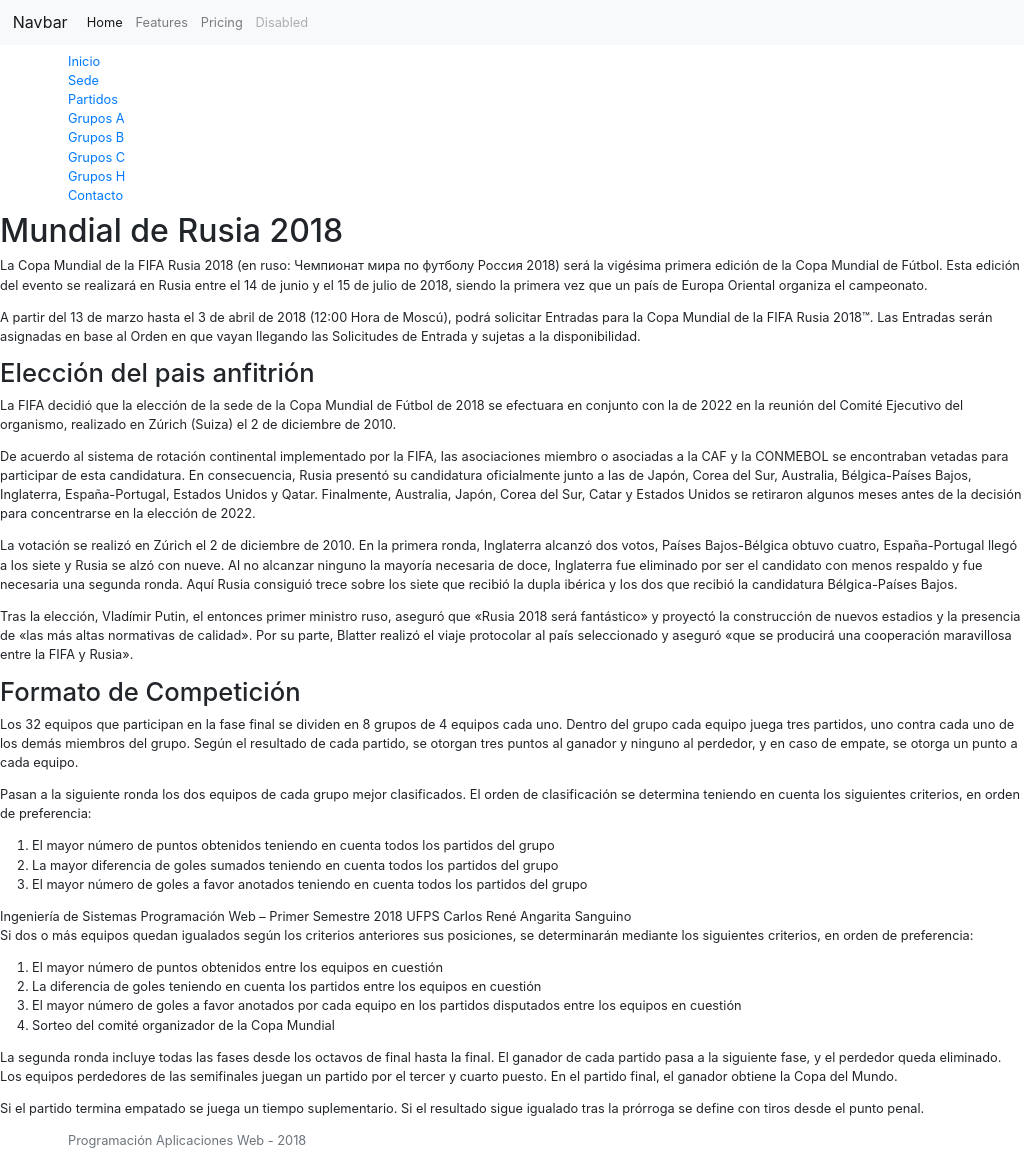
Repository: AndreyRi13/PracticaBootstrap
Page: index.html
An editor plug-in stored every save of this project. The page is shown before and after a run of saves, followed by the edit.
The browser window is 1280 px wide. The pictures show the whole page, at 80% of full size.

Above is the page before, as saved 2020-09-24 16:31:38.
Console error (its wording comes from the project's code and is left out).

### index.html
<!DOCTYPE html>
<html lang="en">
<head>
    <meta charset="UTF-8">
    <meta name="viewport" content="width=device-width, initial-scale=1.0">
    <link rel="stylesheet" href="https://stackpath.bootstrapcdn.com/bootstrap/4.5.2/css/bootstrap.min.css" integrity="sha384-JcKb8q3iqJ61gNV9KGb8thSsNjpSL0n8PARn9HuZOnIxN0hoP+VmmDGMN5t9UJ0Z" crossorigin="anonymous">
   <link rel="stylesheet" href="https://stackpath.bootstrapcdn.com/bootstrap/4.5.2/css/bootstrap.min.css" integrity="sha384-JcKb8q3iqJ61gNV9KGb8thSsNjpSL0n8PARn9HuZOnIxN0hoP+VmmDGMN5t9UJ0Z" crossorigin="anonymous">
   <link rel="stylesheet" href="https://stackpath.bootstrapcdn.com/bootstrap/4.5.2/css/bootstrap.min.css" integrity="sha384-JcKb8q3iqJ61gNV9KGb8thSsNjpSL0n8PARn9HuZOnIxN0hoP+VmmDGMN5t9UJ0Z" crossorigin="anonymous">
   <script src="https://stackpath.bootstrapcdn.com/bootstrap/4.5.2/js/bootstrap.min.js" integrity="sha384-B4gt1jrGC7Jh4AgTPSdUtOBvfO8shuf57BaghqFfPlYxofvL8/KUEfYiJOMMV+rV" crossorigin="anonymous"></script>
   <script src="https://code.jquery.com/jquery-3.5.1.slim.min.js" integrity="sha384-DfXdz2htPH0lsSSs5nCTpuj/zy4C+OGpamoFVy38MVBnE+IbbVYUew+OrCXaRkfj" crossorigin="anonymous"></script>
<script src="https://cdn.jsdelivr.net/npm/popper.js@1.16.1/dist/umd/popper.min.js" integrity="sha384-9/reFTGAW83EW2RDu2S0VKaIzap3H66lZH81PoYlFhbGU+6BZp6G7niu735Sk7lN" crossorigin="anonymous"></script>

<script src="https://ajax.googleapis.com/ajax/libs/jquery/1.12.4/jquery.min.js"></script>
<title>Practica Bootstrap</title>
</head>
<body>

    <nav class="navbar navbar-expand-lg navbar-light bg-light">
        <a class="navbar-brand" href="#">Navbar</a>
        <button class="navbar-toggler" type="button" data-toggle="collapse" data-target="#navbarNav" aria-controls="navbarNav" aria-expanded="false" aria-label="Toggle navigation">
          <span class="navbar-toggler-icon"></span>
        </button>
        <div class="collapse navbar-collapse" id="navbarNav">
          <ul class="navbar-nav">
            <li class="nav-item active">
              <a class="nav-link" href="#">Home <span class="sr-only">(current)</span></a>
            </li>
            <li class="nav-item">
              <a class="nav-link" href="#">Features</a>
            </li>
            <li class="nav-item">
              <a class="nav-link" href="#">Pricing</a>
            </li>
            <li class="nav-item">
              <a class="nav-link disabled" href="#" tabindex="-1" aria-disabled="true">Disabled</a>
            </li>
          </ul>
        </div>
      </nav>

    <nav class="navbar navbar-default">
        <div class="container">
        <div class="navbar-header">
    <ul class="nav navbar-nav">

        <a href="#"></a>

        <li class="activate"><a href="#">Inicio</a></li>
        <li ><a href="#">Sede</a></li>
        <li ><a href="#">Partidos</a></li>
        <li ><a href="#">Grupos A</a></li>
        <li ><a href="#">Grupos B</a></li>
        <li ><a href="#">Grupos C</a></li>
        <li ><a href="#" class="">Grupos H</a>

            <ul class="dropdown-menu">
                <li><a href="#">Polonia</a></li>
                <li><a href="#">Senegal</a></li>
                <li><a href="#">Colombia</a></li>
                <li><a href="#">Japon</a></li>

            </ul>
        </li>

        <li ><a href="#">Contacto</a></li>
        </ul>
    </ul>
        </div>
        </div>
        </nav>
        <script src="https://ajax.googleapis.com/ajax/libs/jquery/1.12.4/jquery.min.js"></script>

        <div class="page-header">
        <h1>Mundial de Rusia 2018</h1>
        </div>

        <div>
        <p>La Copa Mundial de la FIFA Rusia 2018 (en ruso: Чемпионат мира по футболу Россия
        2018) será la vigésima primera edición de la Copa Mundial de Fútbol. Esta edición del evento se
        realizará en Rusia entre el 14 de junio y el 15 de julio de 2018, siendo la primera vez que un país de
        Europa Oriental organiza el campeonato.</p>
        <p>A partir del 13 de marzo hasta el 3 de abril de 2018 (12:00 Hora de Moscú), podrá solicitar
        Entradas para la Copa Mundial de la FIFA Rusia 2018™. Las Entradas serán asignadas en base al
        Orden en que vayan llegando las Solicitudes de Entrada y sujetas a la disponibilidad.</p>
        <h2>Elección del pais anfitrión</h2>
        <p>La FIFA decidió que la elección de la sede de la Copa Mundial de Fútbol de 2018 se
        efectuara en conjunto con la de 2022 en la reunión del Comité Ejecutivo del organismo, realizado en
        Zúrich (Suiza) el 2 de diciembre de 2010.</p>
        <p>De acuerdo al sistema de rotación continental implementado por la FIFA, las asociaciones
        miembro o asociadas a la CAF y la CONMEBOL se encontraban vetadas para participar de esta
        candidatura. En consecuencia, Rusia presentó su candidatura oficialmente junto a las de Japón, Corea
        del Sur, Australia, Bélgica-Países Bajos, Inglaterra, España-Portugal, Estados Unidos y Qatar.
        Finalmente, Australia, Japón, Corea del Sur, Catar y Estados Unidos se retiraron algunos meses antes
        de la decisión para concentrarse en la elección de 2022.</p>
        <p>La votación se realizó en Zúrich el 2 de diciembre de 2010. En la primera ronda, Inglaterra
        alcanzó dos votos, Países Bajos-Bélgica obtuvo cuatro, España-Portugal llegó a los siete y Rusia se
        alzó con nueve. Al no alcanzar ninguno la mayoría necesaria de doce, Inglaterra fue eliminado por ser
        el candidato con menos respaldo y fue necesaria una segunda ronda. Aquí Rusia consiguió trece
        sobre los siete que recibió la dupla ibérica y los dos que recibió la candidatura Bélgica-Países
        Bajos.</p>
        <p>Tras la elección, Vladímir Putin, el entonces primer ministro ruso, aseguró que «Rusia
        2018 será fantástico» y proyectó la construcción de nuevos estadios y la presencia de «las más altas
        normativas de calidad». Por su parte, Blatter realizó el viaje protocolar al país seleccionado y aseguró
        «que se producirá una cooperación maravillosa entre la FIFA y Rusia».</p>
        <h2>Formato de Competición</h2>
        <p>Los 32 equipos que participan en la fase final se dividen en 8 grupos de 4 equipos cada
        uno. Dentro del grupo cada equipo juega tres partidos, uno contra cada uno de los demás miembros
        del grupo. Según el resultado de cada partido, se otorgan tres puntos al ganador y ninguno al
        perdedor, y en caso de empate, se otorga un punto a cada equipo.</p>
        <p>Pasan a la siguiente ronda los dos equipos de cada grupo mejor clasificados. El orden de
        clasificación se determina teniendo en cuenta los siguientes criterios, en orden de preferencia:</p>
        <ol>
        <li>El mayor número de puntos obtenidos teniendo en cuenta todos los partidos del
        grupo</li>
        <li>La mayor diferencia de goles sumados teniendo en cuenta todos los partidos del
        grupo</li>
        <li>El mayor número de goles a favor anotados teniendo en cuenta todos los partidos
        del grupo</li>
        </ol>
        Ingeniería de Sistemas Programación Web – Primer Semestre 2018
        UFPS
        Carlos René Angarita Sanguino
        <p>Si dos o más equipos quedan igualados según los criterios anteriores sus posiciones, se
        determinarán mediante los siguientes criterios, en orden de preferencia:</p>
        <ol>
        <li>El mayor número de puntos obtenidos entre los equipos en cuestión</li>
        <li>La diferencia de goles teniendo en cuenta los partidos entre los equipos en
        cuestión</li>
        <li>El mayor número de goles a favor anotados por cada equipo en los partidos
        disputados entre los equipos en cuestión</li>
        <li>Sorteo del comité organizador de la Copa Mundial</li>
        </ol>
        <p>La segunda ronda incluye todas las fases desde los octavos de final hasta la final. El
        ganador de cada partido pasa a la siguiente fase, y el perdedor queda eliminado. Los equipos
        perdedores de las semifinales juegan un partido por el tercer y cuarto puesto. En el partido final, el
        ganador obtiene la Copa del Mundo.</p>
        <p>Si el partido termina empatado se juega un tiempo suplementario. Si el resultado sigue
        igualado tras la prórroga se define con tiros desde el punto penal.</p>
        </div>
        <footer class="footer">
            <div class="container">
                <p class="text-muted">Programación Aplicaciones Web - 2018</p>
            </div>
        </footer>
        <script src="https://code.jquery.com/jquery-3.5.1.slim.min.js" integrity="sha384-DfXdz2htPH0lsSSs5nCTpuj/zy4C+OGpamoFVy38MVBnE+IbbVYUew+OrCXaRkfj" crossorigin="anonymous"></script>
        <script src="https://cdn.jsdelivr.net/npm/popper.js@1.16.1/dist/umd/popper.min.js" integrity="sha384-9/reFTGAW83EW2RDu2S0VKaIzap3H66lZH81PoYlFhbGU+6BZp6G7niu735Sk7lN" crossorigin="anonymous"></script>
        <script src="https://stackpath.bootstrapcdn.com/bootstrap/4.5.2/js/bootstrap.min.js" integrity="sha384-B4gt1jrGC7Jh4AgTPSdUtOBvfO8shuf57BaghqFfPlYxofvL8/KUEfYiJOMMV+rV" crossorigin="anonymous"></script>

</body>


</html>

After the next 3 saves:
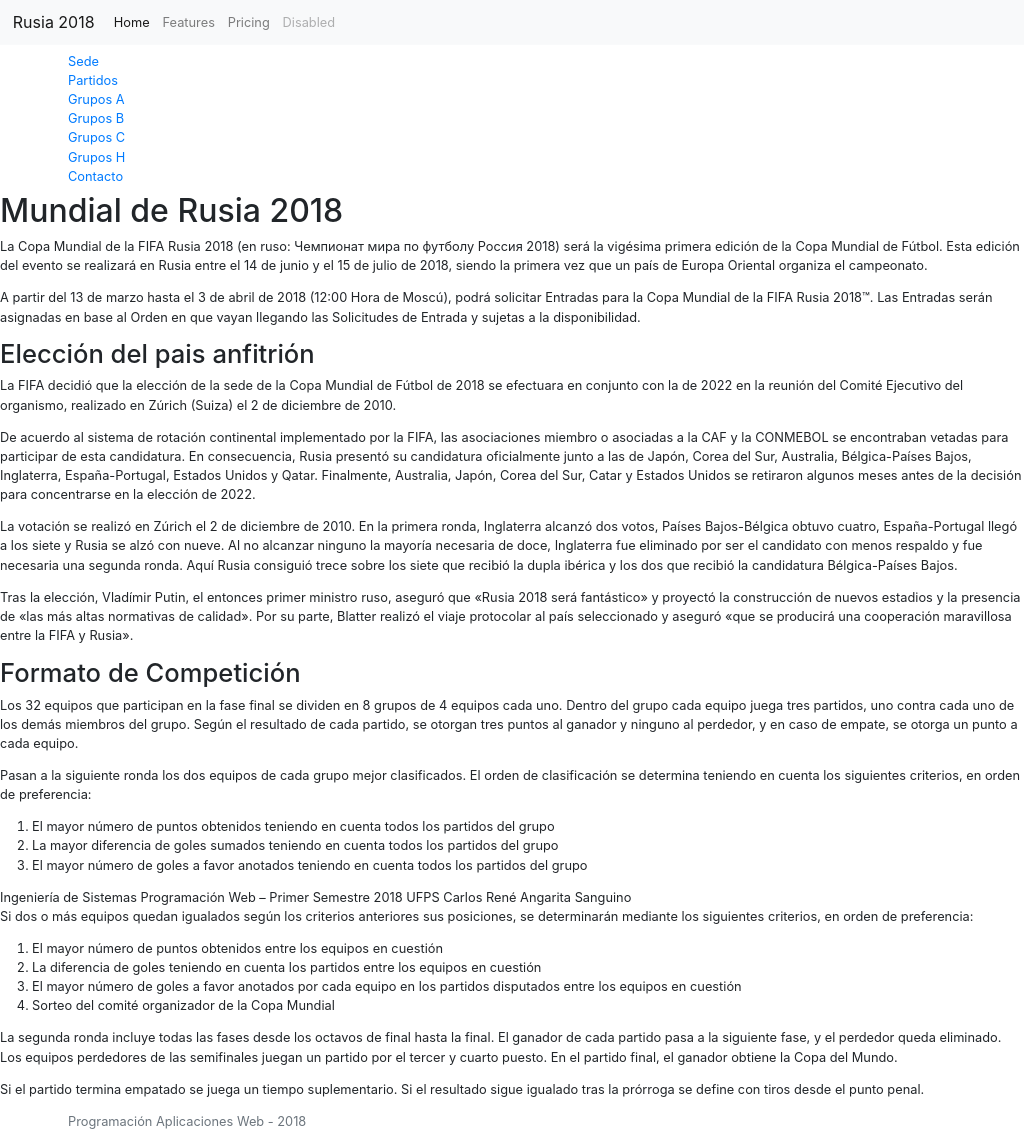
The 3 saves are shown as one change because they came seconds apart.
The last was saved 10 s later.
--- a/index.html
+++ b/index.html
@@ -16,7 +16,7 @@
 <body>
 
     <nav class="navbar navbar-expand-lg navbar-light bg-light">
-        <a class="navbar-brand" href="#">Navbar</a>
+        <a class="navbar-brand" href="#">Rusia 2018</a>
         <button class="navbar-toggler" type="button" data-toggle="collapse" data-target="#navbarNav" aria-controls="navbarNav" aria-expanded="false" aria-label="Toggle navigation">
           <span class="navbar-toggler-icon"></span>
         </button>
@@ -43,9 +43,8 @@
         <div class="navbar-header">
     <ul class="nav navbar-nav">
 
-        <a href="#"></a>
 
-        <li class="activate"><a href="#">Inicio</a></li>
+        <li class="activate"><a href="#"></a></li>
         <li ><a href="#">Sede</a></li>
         <li ><a href="#">Partidos</a></li>
         <li ><a href="#">Grupos A</a></li>
